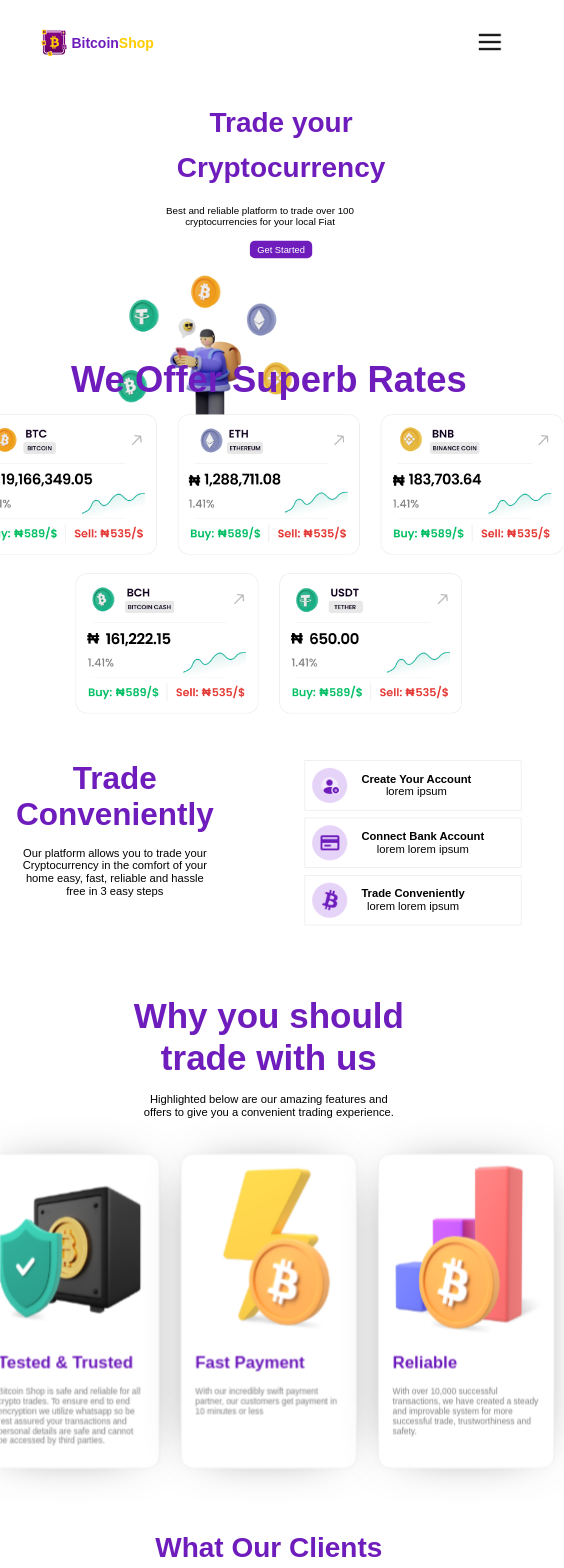
Repository: akinmiday/bitcoinshop-website
Page: /
These files come from the project's save history. The page is drawn as it stood at one moment and after the next save; the edit follows.
The browser window is 768 px wide. The page is 805 px wide, so the pictures cover 805 px, including what lies to the right of the window. The pictures show the part of the page from y = 0 to 2240 px (the page is 3084 px tall), at 70% of full size.
The project was rebuilt for these pictures with package versions that can differ from the ones it lists, and the page was loaded fresh each time. Also part of the build but not shown: vite.config.js.

Above is the page before, as saved 2023-07-12 06:01:38.

After the next save:
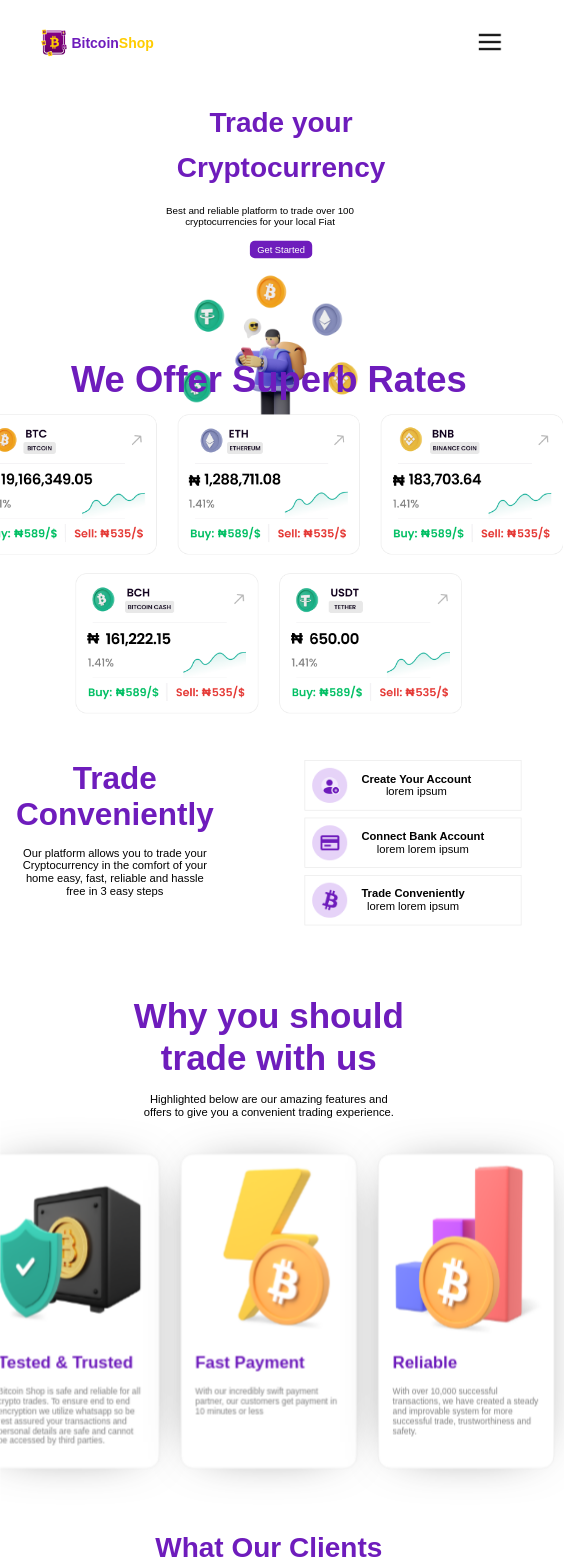
Saved 12 s later.
--- a/src/index.css
+++ b/src/index.css
@@ -424,9 +424,5 @@
 
 .title-section >div > img{
   height: 300px;
-  display: grid;
-  align-items: center;
-  justify-content: center;
-
-}
-}
+}
+}
